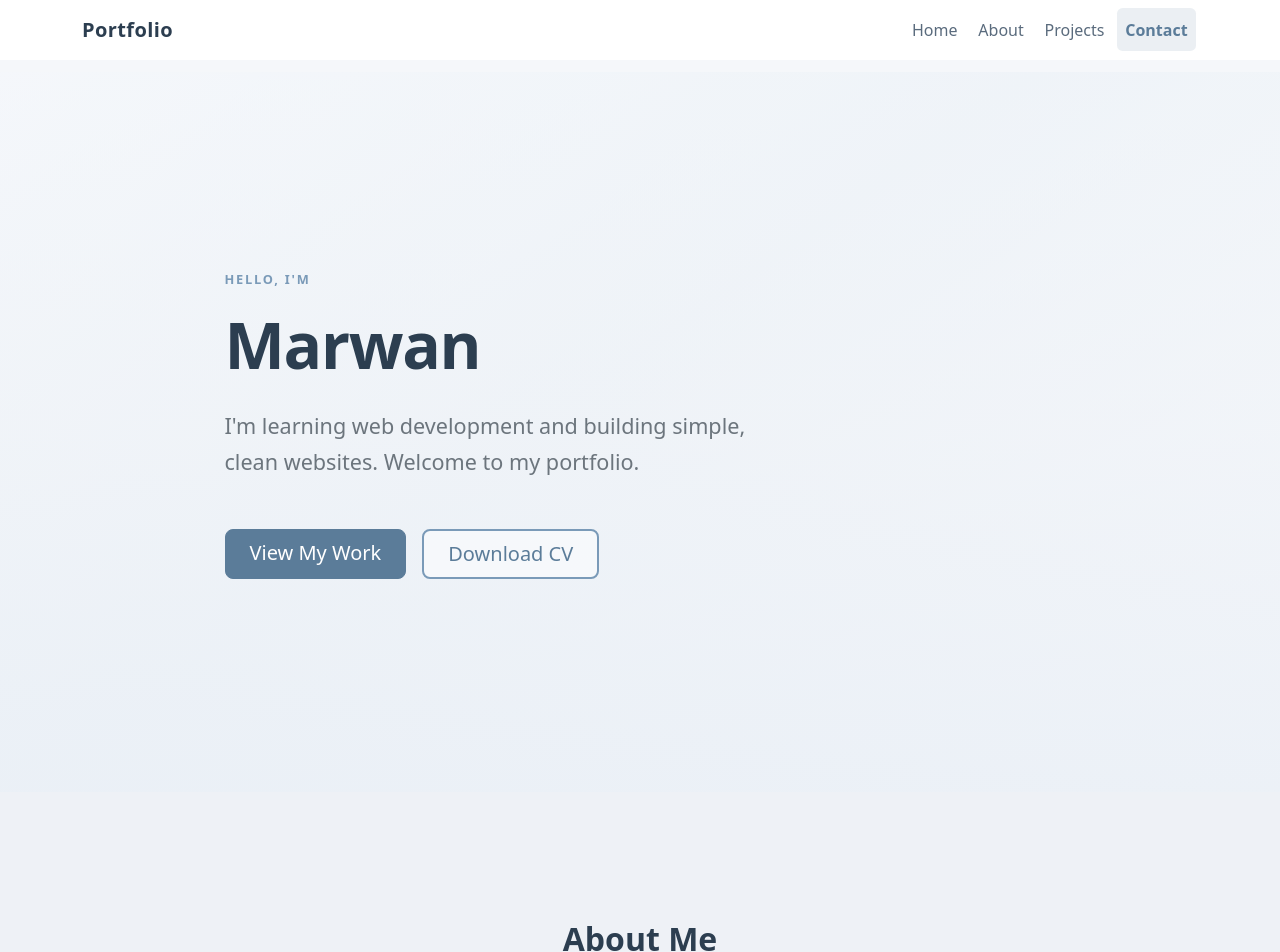
Repository: mustafasayed075-stack/Mostafa_Sayed_ragab2E
Page: index (1).html
An editor plug-in stored every save of this project. The page is shown before and after the next save, followed by the edit.
The browser window is 1280 px wide. The pictures show the part of the page from y = 0 to 952 px (the page is 3257 px tall).
A picture or video elsewhere on the page could not be fetched, so the positions and the page height are approximate.

Above is the page before, as saved 2026-03-30 23:49:00.

After the next save:
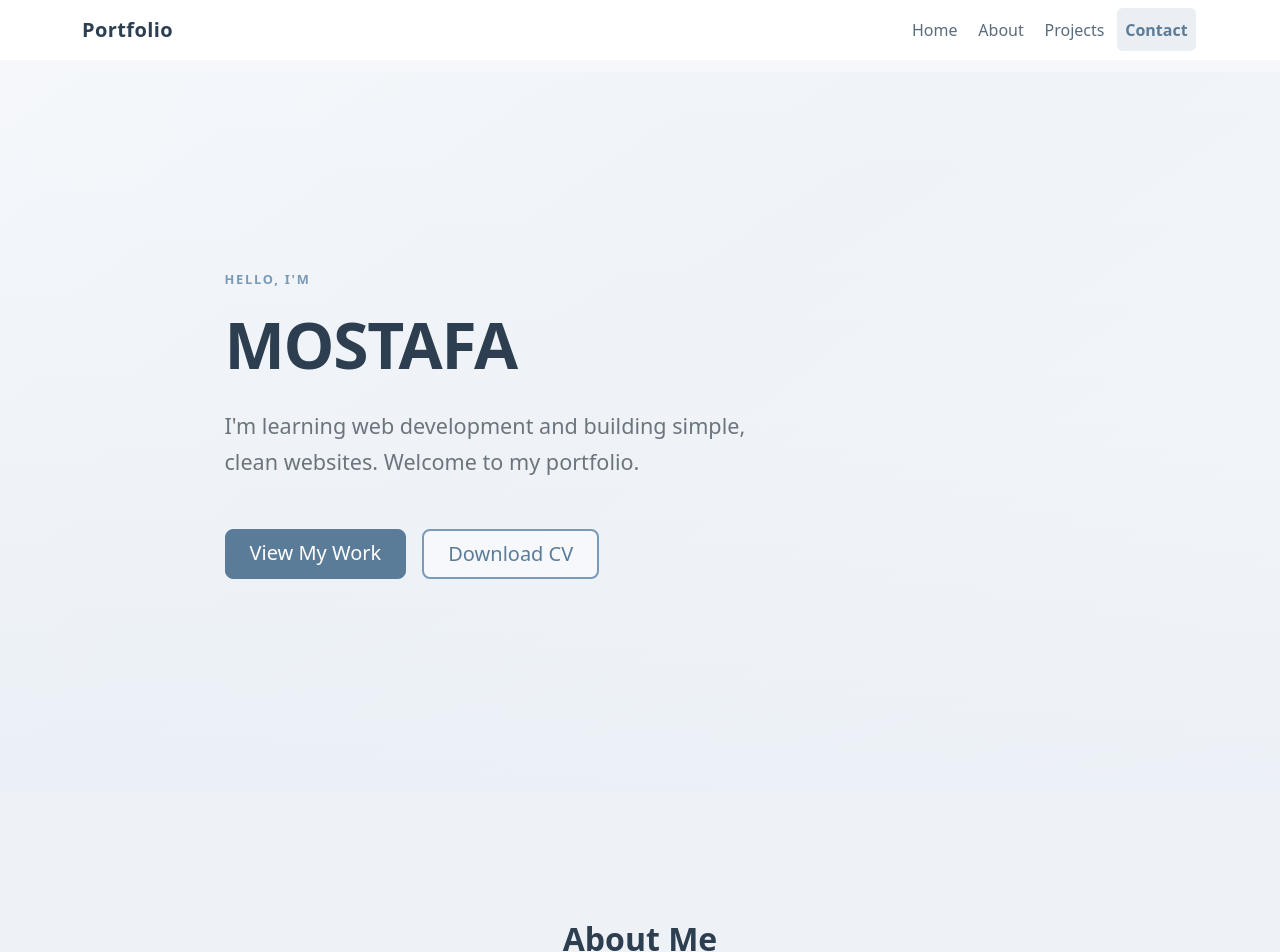
Saved 19 s later.
--- a/index (1).html
+++ b/index (1).html
@@ -45,7 +45,7 @@
       <div class="row align-items-center min-vh-100 py-5 hero-row-padding pt-lg-0">
         <div class="col-xl-9 col-lg-10 mx-auto text-center text-lg-start">
           <p class="hero-kicker text-uppercase mb-3 letter-spacing">Hello, I'm</p>
-          <h1 class="display-3 fw-bold hero-title mb-4">Marwan</h1>
+          <h1 class="display-3 fw-bold hero-title mb-4">MOSTAFA</h1>
           <p class="hero-lead text-secondary mb-5 col-lg-10 mx-auto mx-lg-0">
             I'm learning web development and building simple, clean websites. Welcome to my portfolio.
           </p>
